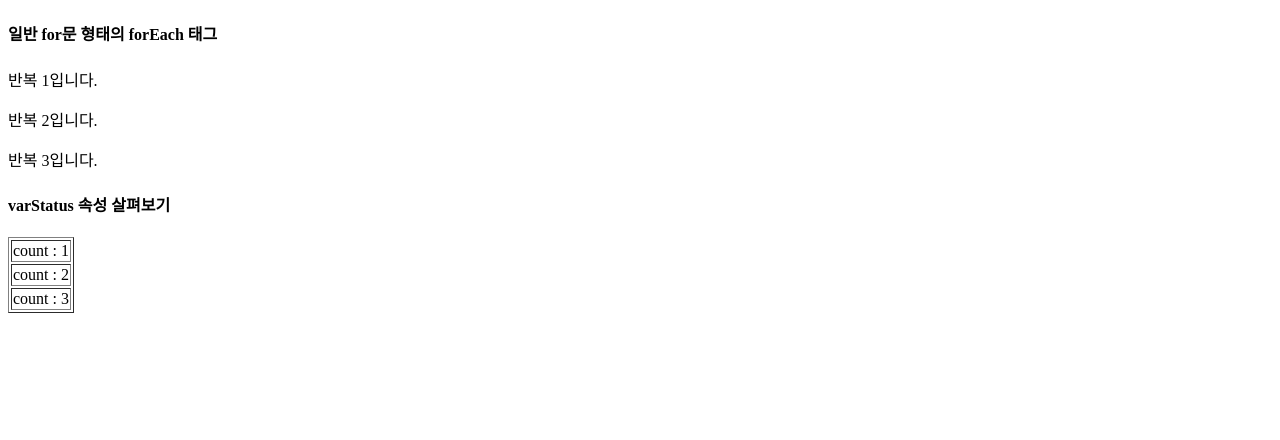
Repository: gunbong0921-cell/15JSP
Page: http://localhost/JSPStudy/04JSTL/core/ForEachNormal.jsp
The author's editor kept a copy of each file at every save. The page is drawn from the files as they stood at one save, then again after the next save.
The browser window is 1280 px wide. The pictures show the whole page.
The page is served by Tomcat 10. Other server files are loaded and not shown.

Above is the page before, as saved 2026-09-21 07:19:23.

### JSPStudy/src/main/webapp/04JSTL/core/ForEachNormal.jsp
<%@ page language="java" contentType="text/html; charset=UTF-8"
    pageEncoding="UTF-8"%>
<%@ taglib prefix="c" uri="http://java.sun.com/jsp/jstl/core"%>
<!DOCTYPE html>
<html>
<head>
<meta charset="UTF-8">
<title>JSTL - forEach 1</title>
</head>
<body>
	<h4>일반 for문 형태의 forEach 태그</h4>
	<c:forEach begin="1" end="3" step="1" var="i">
		<p>반복 ${ i }입니다.</p>
	</c:forEach>

	<h4>varStatus 속성 살펴보기</h4>
	<table border="1">
	<c:forEach begin="3" end="5" var="i" varStatus="loop">
		<tr>
			<td>count : ${ loop.count }</td>

	</c:forEach>
	</table>

</body>

After the next save:
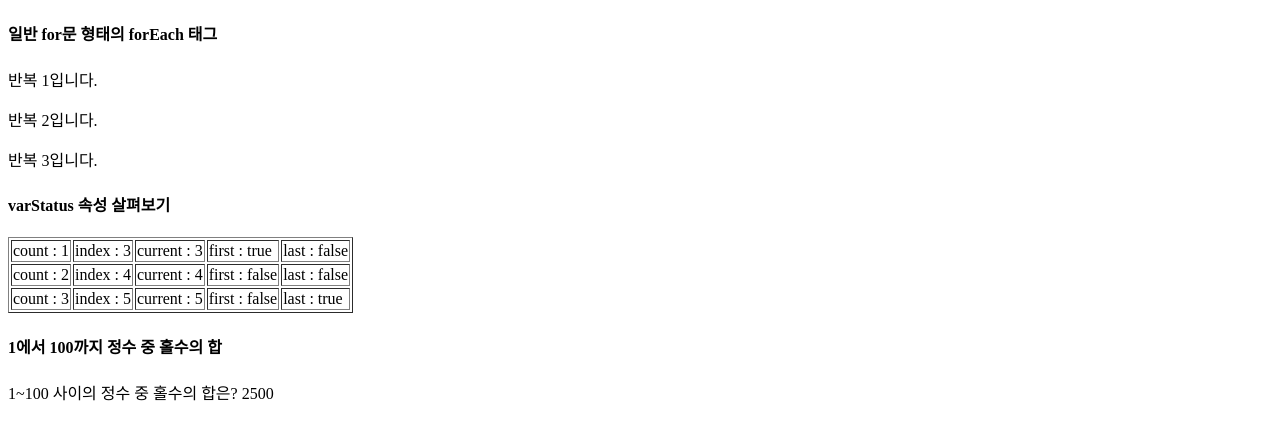
Saved 14 min 9 s later.
--- a/JSPStudy/src/main/webapp/04JSTL/core/ForEachNormal.jsp
+++ b/JSPStudy/src/main/webapp/04JSTL/core/ForEachNormal.jsp
@@ -18,8 +18,20 @@
 	<c:forEach begin="3" end="5" var="i" varStatus="loop">
 		<tr>
 			<td>count : ${ loop.count }</td>
-
+			<td>index : ${ loop.index }</td>
+			<td>current : ${ loop.current }</td>
+			<td>first : ${ loop.first }</td>
+			<td>last : ${ loop.last }</td>
+		</tr>
 	</c:forEach>
 	</table>
 
+	<h4>1에서 100까지 정수 중 홀수의 합</h4>
+	<c:forEach begin="1" end="100" var="j">
+		<c:if test= "${ j mod 2 ne 0 }">
+			<c:set var="sum" value="${ sum + j }"></c:set>
+		</c:if>
+	</c:forEach>
+	1~100 사이의 정수 중 홀수의 합은? ${ sum }
 </body>
+</html>
